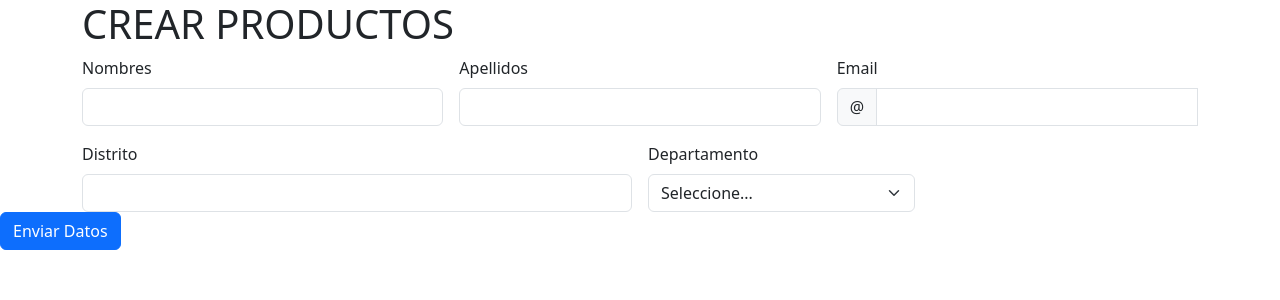
Repository: RoggerMen/Spring
Page: http://localhost/create
The author's editor kept a copy of each file at every save. The page is drawn from the files as they stood at one save, then again after the next save.
The browser window is 1280 px wide. The pictures show the whole page.
The page is this project's Thymeleaf template; nobody is signed in. The template is opened directly, without the code that normally fills it, so the values that code supplies are empty.

Above is the page before, as saved 2023-04-22 07:21:37.

After the next save:
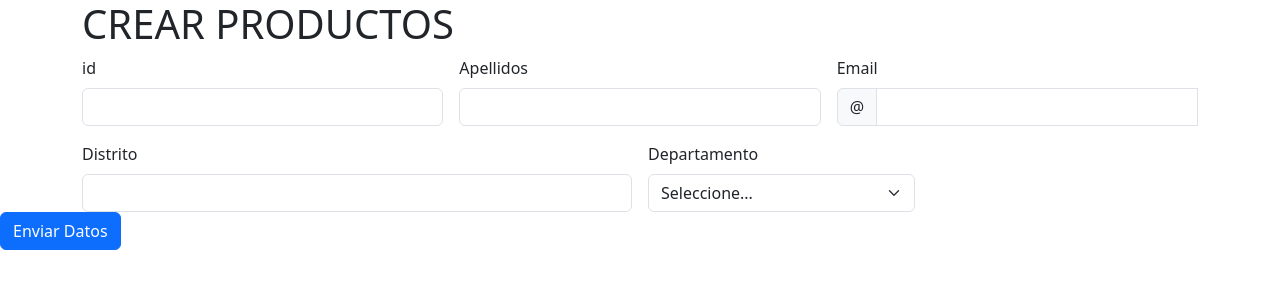
Saved 3 min 39 s later.
--- a/crud-productos/src/main/resources/templates/create.html
+++ b/crud-productos/src/main/resources/templates/create.html
@@ -21,7 +21,7 @@
 		<form class="row g-3 needs-validation" novalidate>
 
   <div class="col-md-4">
-    <label for="validationCustom01" class="form-label">Nombres</label>
+    <label for="validationCustom01" class="form-label" readonly>id</label>
     <input type="text" class="form-control" id="validationCustom01" value="" required>
     <div class="valid-feedback">
 		       Datos Correctos!
